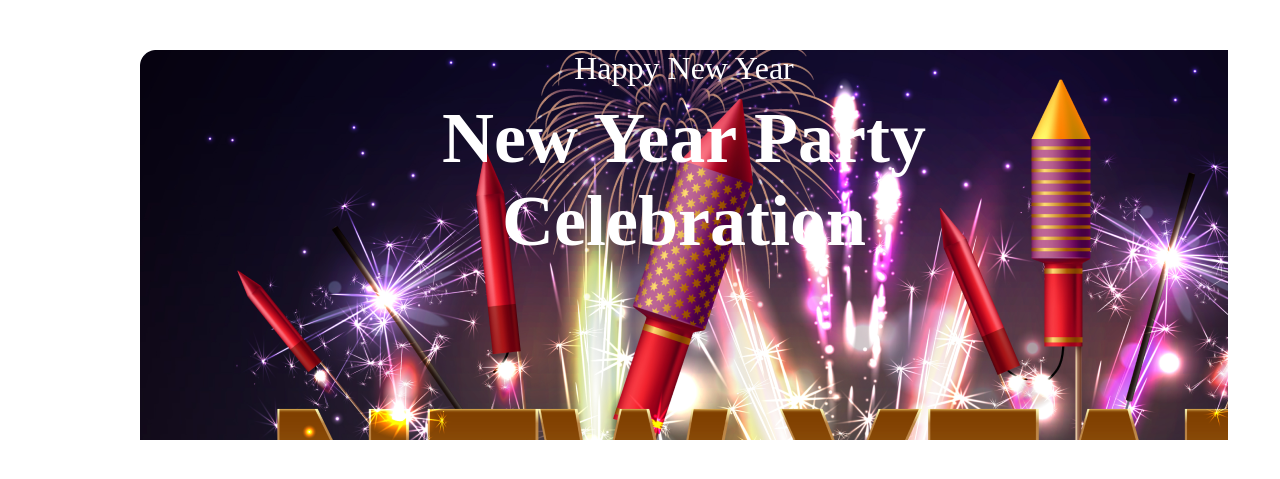
Repository: sumonkumarsarkar/new-year-2024
Page: index.html
An editor plug-in stored every save of this project. The page is shown before and after the next save, followed by the edit.
The browser window is 1280 px wide. The pictures show the whole page.

Above is the page before, as saved 2024-01-08 09:59:14.

### index.html
<!DOCTYPE html>
<html lang="en">
<head>
    <meta charset="UTF-8">
    <meta name="viewport" content="width=device-width, initial-scale=1.0">
    <title>Happy Nwe Year-2024</title>
    <link rel="preconnect" href="https://fonts.googleapis.com">
<link rel="preconnect" href="https://fonts.gstatic.com" crossorigin>
<link href="https://fonts.googleapis.com/css2?family=Inter:wght@100;200;300;500;600;700&display=swap" rel="stylesheet">
    <link rel="stylesheet" href="/style.css">
</head>
<body>

         <!-- banner-section start  -->
  <header>
    <div class="container banner">
            <div class="heading-text">
            <h4>Happy New Year</h4>
            <h3>New Year Party Celebration</h3>
            </div>

    </div>
  </header>
     <!-- banner-section end  -->
</body>
</html>

### style.css
*{
    margin: 0;
    padding: 0;
}
body{
    font-family: 'Inter', sans-serif;
}
 .container{
    max-width:1140px;
    width: 85%;
    margin: 0 auto;

 }
 .banner{
    background-image: url(./image/Banner\ Image.png);
    margin: 50px 140px;

 }
 .heading-text{
   text-align: center;
   justify-content: center;

 }
 .heading-text h3{
    color: #FFF;
    text-align: center;
    font-family: Merriweather;
    font-size: 72px;
    font-style: normal;
    font-weight: 900;
    padding: 10px 200px 177px 200px;
 }
 .heading-text h4{
    color: #FFF;
    text-align: center;
    font-family: Merriweather;
    font-size: 32px;
    font-style: normal;
    font-weight: 400;
    line-height: normal;
    padding: 177px 200px 10px 177px 200px;}

After the next save:
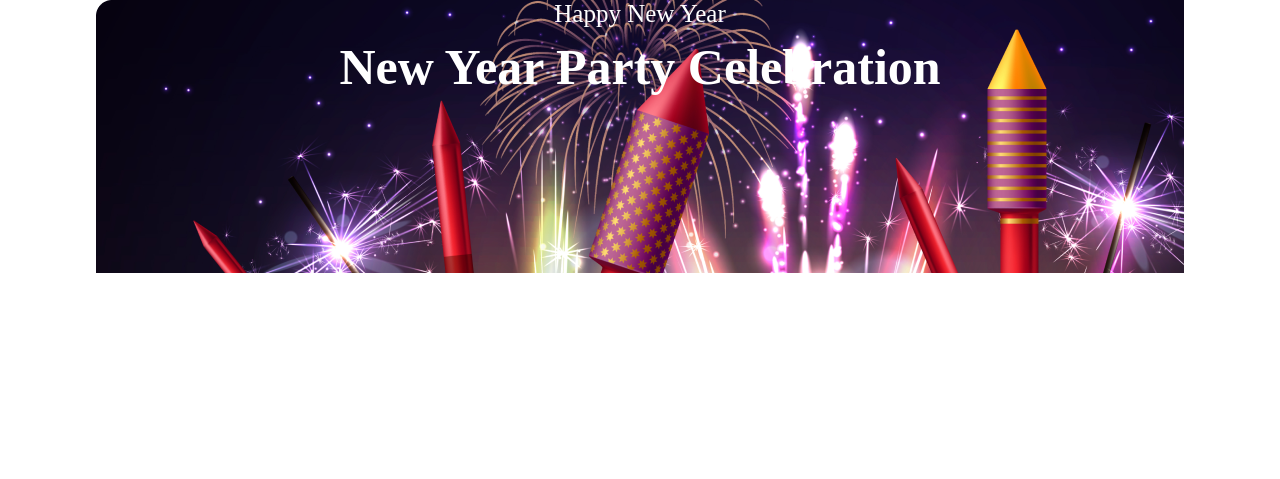
Saved 43 s later.
--- a/style.css
+++ b/style.css
@@ -13,19 +13,19 @@
  }
  .banner{
     background-image: url(./image/Banner\ Image.png);
-    margin: 50px 140px;
+
 
  }
  .heading-text{
-   text-align: center;
-   justify-content: center;
+   text-align:center;
+   justify-content:center;
 
  }
  .heading-text h3{
     color: #FFF;
     text-align: center;
     font-family: Merriweather;
-    font-size: 72px;
+    font-size: 50px;
     font-style: normal;
     font-weight: 900;
     padding: 10px 200px 177px 200px;
@@ -34,7 +34,7 @@
     color: #FFF;
     text-align: center;
     font-family: Merriweather;
-    font-size: 32px;
+    font-size: 25px;
     font-style: normal;
     font-weight: 400;
     line-height: normal;
